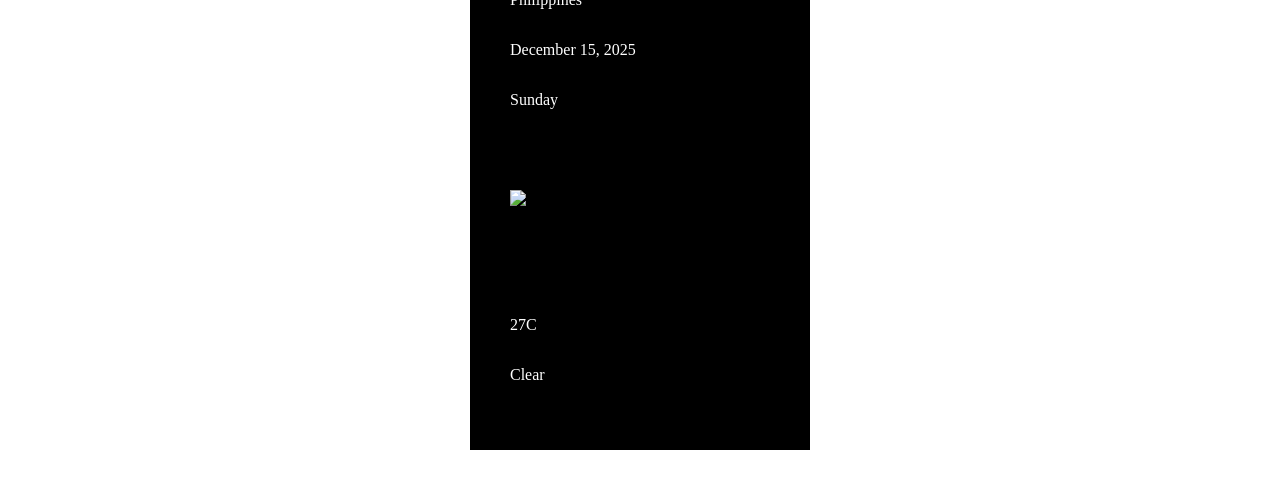
Repository: dmpelaez/weatherApp
Page: WeatherApp.html
The author's editor kept a copy of each file at every save. The page is drawn from the files as they stood at one save, then again after the next save.
The browser window is 1280 px wide. The pictures show the whole page.
The page's requests for data from a server got no answer.

Above is the page before, as saved 2025-12-14 12:11:58.

After the next save:
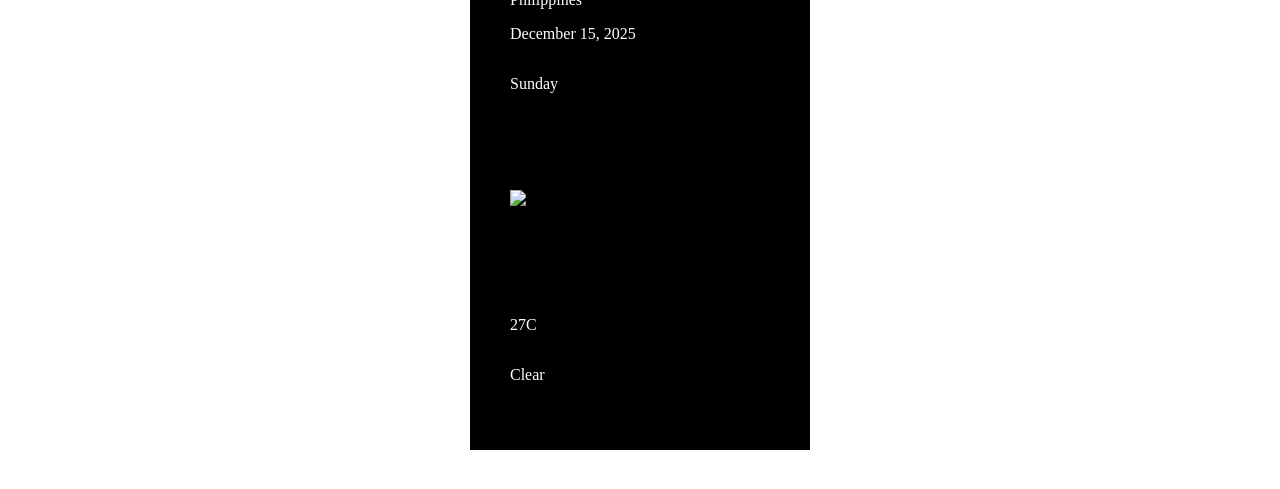
Saved 31 s later.
--- a/WeatherApp.css
+++ b/WeatherApp.css
@@ -30,3 +30,6 @@ display: flex;
   flex-direction: column;
   width: 100%;
 }
+.country-name {
+  margin: 0;
+}
